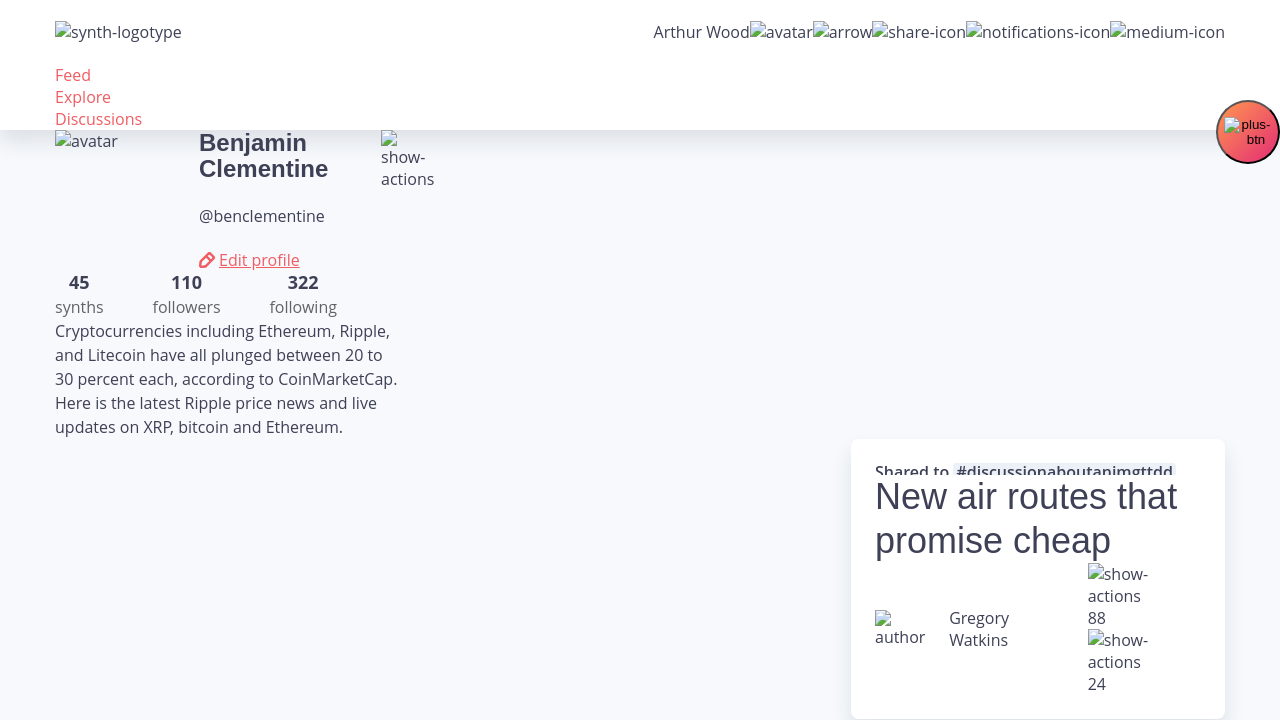
Repository: ecspetra/swivl-test-task
Page: index.html
The author's editor kept a copy of each file at every save. The page is drawn from the files as they stood at one save, then again after the next save.
The browser window is 1280 px wide. The pictures show the whole page.

Above is the page before, as saved 2021-12-09 21:06:08.

### index.html
<!DOCTYPE html>
<html lang="en">

<head>
    <meta charset="UTF-8">
    <meta http-equiv="X-UA-Compatible" content="IE=edge">
    <meta name="viewport" content="width=device-width, initial-scale=1.0">
    <link rel="stylesheet" href="css/style.css">
    <title>Synth User Profile</title>
</head>

<body>
    <header>
        <div class="header">
            <div class="header__logo-wrapper">
                <img class="header__logo" src="" alt="synth-logotype">
            </div>
            <div class="header__profile">
                <div class="header__user">
                    <p class="header__username">Arthur Wood</p>
                    <div class="header__avatar-wrapper">
                        <img class="header__avatar" src="" alt="avatar">
                    </div>
                    <div class="header__arrow-wrapper">
                        <img class="header__arrow" src="" alt="arrow">
                    </div>
                </div>
                <div class="header__icons">
                    <div class="header__share-wrapper">
                        <img class="header__share" src="" alt="share-icon">
                    </div>
                    <div class="header__notifications-wrapper">
                        <img class="header__notifications" src="" alt="notifications-icon">
                    </div>
                    <div class="header__medium-wrapper">
                        <img class="header__medium" src="" alt="medium-icon">
                    </div>
                </div>
            </div>
        </div>
        <div class="header__navigation-wrapper">
            <nav class="header__navigation">
                <ul>
                    <li><a href="#">Feed</a></li>
                    <li><a href="#">Explore</a></li>
                    <li><a href="#">Discussions</a></li>
                </ul>
            </nav>
        </div>
        <button class="header__btn-wrapper">
            <img class="header__btn" src="" alt="plus-btn">
        </button>
    </header>
    <main>
        <section>
            <div class="profile">
                <div class="profile__user-details">
                    <div class="profile__general">
                        <div class="profile__avatar-wrapper">
                            <img class="profile__avatar" src="" alt="avatar">
                        </div>
                        <div class="profile__name-wrapper">
                            <h2 class="profile__name">Benjamin Clementine</h2>
                            <div class="profile__dots-wrapper">
                                <img class="profile__dots" src="" alt="show-actions">
                            </div>
                        </div>
                        <p class="profile__instagram">@benclementine</p>
                        <a class="profile__edit-btn" href="#">Edit profile</a>
                    </div>
                    <div class="profile__statistics">
                        <p class="profile__synths"><span>45</span><br>synths</p>
                        <p class="profile__followers"><span>110</span><br>followers</p>
                        <p class="profile__following"><span>322</span><br>following</p>
                    </div>
                    <p class="profile__description">Cryptocurrencies including Ethereum, Ripple, and Litecoin have all
                        plunged between 20 to 30 percent each, according to CoinMarketCap. Here is the latest Ripple
                        price news and live updates on XRP, bitcoin and Ethereum.</p>
                </div>

                <div class="profile__switcher"></div>

                <div class="profile__cards-wrapper">
                    <article class="profile-card">
                        <p class="profile-card__top">Shared to <span>#discussionaboutanimgttdd</span></p>
                        <h1 class="profile-card__headline">New air routes that promise cheap flights in</h1>
                        <div class="profile-card__bottom">
                            <div class="profile-card__author-wrapper">
                                <div class="profile-card__author-wrapper">
                                    <img class="profile-card__author" src="" alt="author">
                                </div>
                                <p class="">Gregory Watkins</p>
                            </div>
                            <div class="">
                                <div class="">
                                    <img class="profile-card__dots" src="" alt="show-actions">
                                    <p class="">88</p>
                                </div>
                                <div class="">
                                    <img class="profile-card__dots" src="" alt="show-actions">
                                    <p class="">24</p>
                                </div>
                            </div>
                        </div>
                    </article>
                </div>

            </div>
        </section>
    </main>

</body>

</html>

### css/style.css
body {
  width: 100%;
  height: auto;
  margin: 0;
  padding: 0;
  background-color: #f7f9fc;
  font-family: "Open Sans", sans-serif;
  color: #3e4056;
}

* {
  -webkit-box-sizing: border-box;
  box-sizing: border-box;
}

header {
  width: 100%;
  background-color: #ffffff;
  -webkit-box-shadow: 0px 12px 20px 0px rgba(34, 60, 80, 0.12);
  -moz-box-shadow: 0px 12px 20px 0px rgba(34, 60, 80, 0.12);
  box-shadow: 0px 12px 20px 0px rgba(34, 60, 80, 0.12);
}

main,
section {
  width: 100%;
}

a {
  text-decoration: none;
  color: #f05d63;
}

ul {
  padding: 0;
  margin: 0;
}
ul li {
  list-style-type: none;
}

h1,
h2 {
  margin: 0;
}

p {
  margin: 0;
}

.header {
  max-width: 1218px;
  padding: 21px 24px;
  margin: 0 auto;
  display: -webkit-box;
  display: -ms-flexbox;
  display: flex;
  -webkit-box-orient: horizontal;
  -webkit-box-direction: normal;
  -ms-flex-direction: row;
  flex-direction: row;
  -webkit-box-pack: justify;
  -ms-flex-pack: justify;
  justify-content: space-between;
  -webkit-box-align: center;
  -ms-flex-align: center;
  align-items: center;
  position: relative;
}

.header__profile {
  display: -webkit-box;
  display: -ms-flexbox;
  display: flex;
  -webkit-box-orient: horizontal;
  -webkit-box-direction: normal;
  -ms-flex-direction: row;
  flex-direction: row;
  -webkit-box-pack: end;
  -ms-flex-pack: end;
  justify-content: flex-end;
  -webkit-box-align: center;
  -ms-flex-align: center;
  align-items: center;
}

.header__user,
.header__icons {
  display: -webkit-box;
  display: -ms-flexbox;
  display: flex;
  -webkit-box-orient: horizontal;
  -webkit-box-direction: normal;
  -ms-flex-direction: row;
  flex-direction: row;
  -webkit-box-pack: justify;
  -ms-flex-pack: justify;
  justify-content: space-between;
  -webkit-box-align: center;
  -ms-flex-align: center;
  align-items: center;
}

.header__arrow-icon {
  width: 8px;
  height: 4px;
  opacity: 0.4;
}

.header__icon-wrapper {
  width: 32px;
  height: 32px;
}

.header__share-icon,
.header__share-icon,
.header__medium-icon {
  width: auto;
  height: 14px;
}

.header__navigation-wrapper {
  max-width: 1218px;
  padding: 0 24px;
  margin: 0 auto;
}

.navigation-list {
  display: -webkit-box;
  display: -ms-flexbox;
  display: flex;
  -webkit-box-orient: horizontal;
  -webkit-box-direction: normal;
  -ms-flex-direction: row;
  flex-direction: row;
  -webkit-box-pack: start;
  -ms-flex-pack: start;
  justify-content: flex-start;
  -webkit-box-align: center;
  -ms-flex-align: center;
  align-items: center;
  gap: 37px;
}

.navigation-list__item {
  color: #3e4056;
  text-transform: uppercase;
  font: 600 14px/16px "Open Sans", sans-serif;
  opacity: 0.6;
}

.navigation-list__item__active {
  opacity: 1;
}

.header__btn-wrapper {
  background: linear-gradient(to bottom right, #ff974f, #e32c75);
  width: 64px;
  height: 64px;
  border-radius: 50%;
  overflow: hidden;
  position: absolute;
  right: 0;
  top: 100px;
}

.header__btn {
  background: none;
  outline: 0;
  border: 0;
  width: 100%;
  height: 100%;
}

.profile {
  max-width: 1218px;
  padding: 0 24px;
  margin: 0 auto;
  display: -ms-grid;
  display: grid;
  grid-template-columns: 350px 1fr;
  grid-template-rows: auto auto;
  grid-template-areas: "profile__user-details profile__switcher" "profile__user-details profile__cards-wwrapper";
  -webkit-box-pack: center;
  -ms-flex-pack: center;
  justify-content: center;
  -webkit-box-align: start;
  -ms-flex-align: start;
  align-items: start;
}

.profile__user-details {
  grid-area: profile__user-details;
}

.profile__general {
  display: -ms-grid;
  display: grid;
  grid-template-columns: 120px 1fr;
  grid-template-rows: auto auto auto;
  grid-template-areas: "profile__avatar-wrapper profile__name-wrapper" "profile__avatar-wrapper profile__instagram" "profile__avatar-wrapper profile__edit-btn";
  -webkit-box-pack: center;
  -ms-flex-pack: center;
  justify-content: center;
  -webkit-box-align: start;
  -ms-flex-align: start;
  align-items: start;
  gap: 24px;
}

.profile__avatar-wrapper {
  grid-area: profile__avatar-wrapper;
  width: 120px;
  height: 120px;
}

.profile__avatar {
  width: 100%;
  height: 100%;
}

.profile__name-wrapper {
  grid-area: profile__name-wrapper;
  display: -webkit-box;
  display: -ms-flexbox;
  display: flex;
  -webkit-box-orient: horizontal;
  -webkit-box-direction: normal;
  -ms-flex-direction: row;
  flex-direction: row;
  -webkit-box-pack: justify;
  -ms-flex-pack: justify;
  justify-content: space-between;
  -webkit-box-align: start;
  -ms-flex-align: start;
  align-items: flex-start;
  -ms-flex-wrap: nowrap;
  flex-wrap: nowrap;
}

.profile__name {
  font: 600 24px/26px "Montserrat", sans-serif;
  max-width: 150px;
  display: -webkit-box;
  -webkit-line-clamp: 2;
  -webkit-box-orient: vertical;
  overflow: hidden;
  text-overflow: ellipsis;
}

.profile__dots-wrapper {
  width: 24px;
  height: 24px;
  cursor: pointer;
}

.profile__dots {
  width: 16px;
  height: 16px;
}

.profile__instagram {
  grid-area: profile__instagram;
  font: 400 16px/20px "Open Sans", sans-serif;
}

.profile__edit-btn {
  grid-area: profile__edit-btn;
  font: 400 16px/20px "Open Sans", sans-serif;
  text-decoration: underline;
  position: relative;
  padding: 0 0 0 20px;
}
.profile__edit-btn:before {
  content: "";
  width: 16px;
  height: 16px;
  background-image: url("../img/edit-icon.svg");
  background-position: center;
  background-size: 100%;
  background-repeat: no-repeat;
  position: absolute;
  top: 50%;
  left: 0;
  -webkit-transform: translateY(-50%);
  -ms-transform: translateY(-50%);
  transform: translateY(-50%);
}

.profile__statistics {
  display: -webkit-box;
  display: -ms-flexbox;
  display: flex;
  -webkit-box-orient: horizontal;
  -webkit-box-direction: normal;
  -ms-flex-direction: row;
  flex-direction: row;
  -webkit-box-pack: justify;
  -ms-flex-pack: justify;
  justify-content: space-between;
  -webkit-box-align: start;
  -ms-flex-align: start;
  align-items: flex-start;
  -ms-flex-wrap: nowrap;
  flex-wrap: nowrap;
  max-width: 282px;
}

.profile__synths,
.profile__followers,
.profile__following {
  font: 400 16px/24px "Open Sans", sans-serif;
  text-align: center;
  color: #636363;
}
.profile__synths span,
.profile__followers span,
.profile__following span {
  font: 700 18px/24px "Open Sans", sans-serif;
  color: #3e4056;
}

.profile__description {
  font: 400 16px/24px "Open Sans", sans-serif;
}

.profile__switcher {
  grid-area: profile__switcher;
}

.profile__cards-wrapper {
  grid-area: profile__cards-wrapper;
  display: -webkit-box;
  display: -ms-flexbox;
  display: flex;
  -webkit-box-orient: horizontal;
  -webkit-box-direction: normal;
  -ms-flex-direction: row;
  flex-direction: row;
  -webkit-box-pack: justify;
  -ms-flex-pack: justify;
  justify-content: space-between;
  -webkit-box-align: start;
  -ms-flex-align: start;
  align-items: flex-start;
  -ms-flex-wrap: wrap;
  flex-wrap: wrap;
  gap: 24px;
}

.profile-card {
  background-color: #ffffff;
  border-radius: 8px;
  width: 100%;
  height: 280px;
  max-width: 374px;
  -webkit-box-shadow: 0px 12px 20px 0px rgba(34, 60, 80, 0.12);
  -moz-box-shadow: 0px 12px 20px 0px rgba(34, 60, 80, 0.12);
  box-shadow: 0px 12px 20px 0px rgba(34, 60, 80, 0.12);
  padding: 24px;
  display: -webkit-box;
  display: -ms-flexbox;
  display: flex;
  -webkit-box-orient: vertical;
  -webkit-box-direction: normal;
  -ms-flex-direction: column;
  flex-direction: column;
  -webkit-box-pack: justify;
  -ms-flex-pack: justify;
  justify-content: space-between;
  -webkit-box-align: start;
  -ms-flex-align: start;
  align-items: flex-start;
}

p + .profile-card__headline {
  padding: 0;
}

.profile-card__headline {
  padding: 40px 0 0;
  font: 400 36px/44px "Montserrat", sans-serif;
  display: -webkit-box;
  -webkit-line-clamp: 3;
  -webkit-box-orient: vertical;
  overflow: hidden;
  text-overflow: ellipsis;
}

.profile-card__author-photo {
  width: 24px;
  height: 24px;
  min-width: 24px;
  min-height: 24px;
}

.profile-card__author {
  width: 100%;
  height: 100%;
}

.profile-card__author-name {
  font: 600 14px/16px "Open Sans", sans-serif;
  white-space: nowrap;
  overflow: hidden;
  text-overflow: ellipsis;
  max-width: 160px;
  color: #3e4056;
}

.profile-card__author-wrapper,
.profile-card__bottom,
.profile-card__actions-wrapper {
  display: -webkit-box;
  display: -ms-flexbox;
  display: flex;
  -webkit-box-orient: horizontal;
  -webkit-box-direction: normal;
  -ms-flex-direction: row;
  flex-direction: row;
  -webkit-box-pack: justify;
  -ms-flex-pack: justify;
  justify-content: space-between;
  -webkit-box-align: center;
  -ms-flex-align: center;
  align-items: center;
  gap: 0 16px;
}

.profile-card__bottom {
  width: 100%;
}

.profile-card__author-wrapper {
  gap: 0 8px;
}

.profile-card__share-wrapper {
  text-align: right;
}

.profile-card__share-link {
  font: 400 18px/24px "Open Sans", sans-serif;
}

.profile-card__top {
  font: 600 16px/18px "Open Sans", sans-serif;
  width: 100%;
  white-space: nowrap;
  overflow: hidden;
  text-overflow: ellipsis;
}
.profile-card__top span {
  background-color: #ecf1f8;
  border-radius: 6px;
  padding: 0 3px;
}

.profile-card__icon-wrapper {
  display: -webkit-box;
  display: -ms-flexbox;
  display: flex;
  -webkit-box-orient: horizontal;
  -webkit-box-direction: normal;
  -ms-flex-direction: row;
  flex-direction: row;
  -webkit-box-pack: justify;
  -ms-flex-pack: justify;
  justify-content: space-between;
  -webkit-box-align: center;
  -ms-flex-align: center;
  align-items: center;
  gap: 0 8px;
}

.profile-card__icon {
  width: auto;
  height: 16px;
}

.profile-card__icon-counter {
  font: 600 14px/16px "Open Sans", sans-serif;
}

.weblink-shared {
  position: relative;
  padding: 0 0 0 20px;
}
.weblink-shared:before {
  content: "";
  width: 16px;
  height: 16px;
  background-image: url("../img/shared-link.svg");
  background-position: center;
  background-size: 100%;
  background-repeat: no-repeat;
  position: absolute;
  top: 50%;
  left: 0;
  -webkit-transform: translateY(-50%);
  -ms-transform: translateY(-50%);
  transform: translateY(-50%);
}

/*# sourceMappingURL=style.css.map */

After the next save:
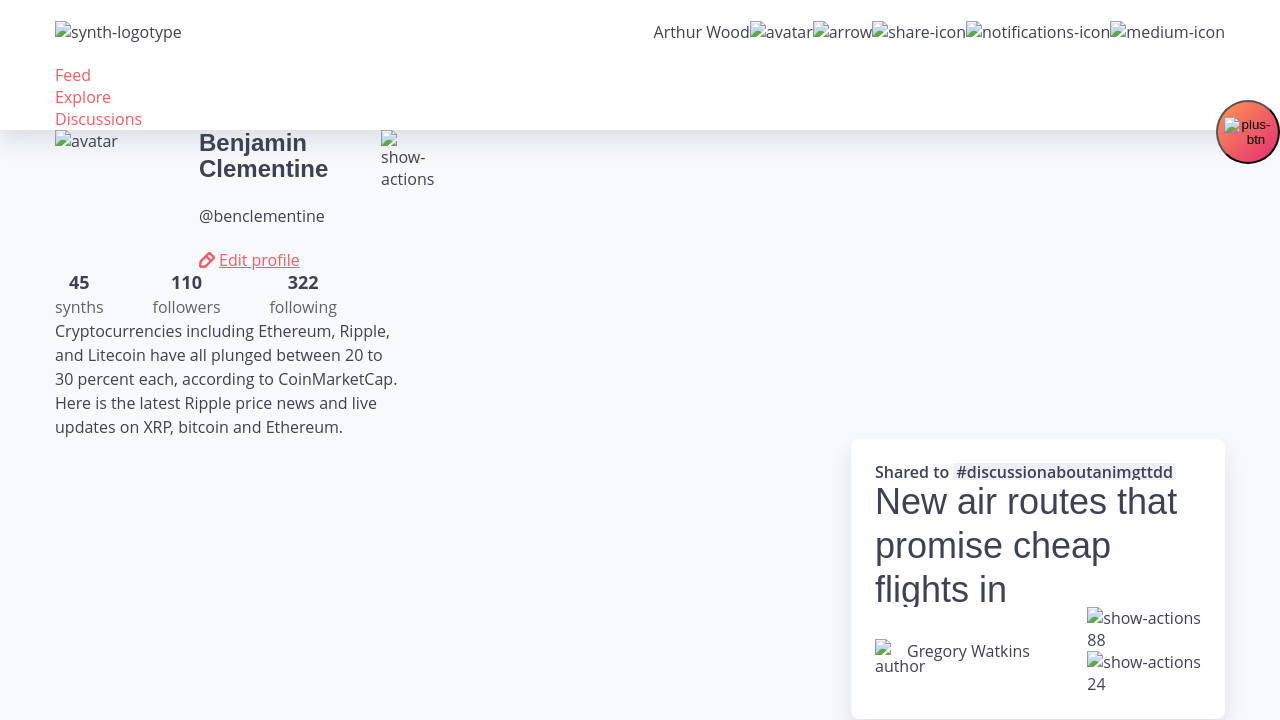
Saved 108 s later.
--- a/index.html
+++ b/index.html
@@ -86,7 +86,7 @@
                         <h1 class="profile-card__headline">New air routes that promise cheap flights in</h1>
                         <div class="profile-card__bottom">
                             <div class="profile-card__author-wrapper">
-                                <div class="profile-card__author-wrapper">
+                                <div class="profile-card__author-photo">
                                     <img class="profile-card__author" src="" alt="author">
                                 </div>
                                 <p class="">Gregory Watkins</p>
